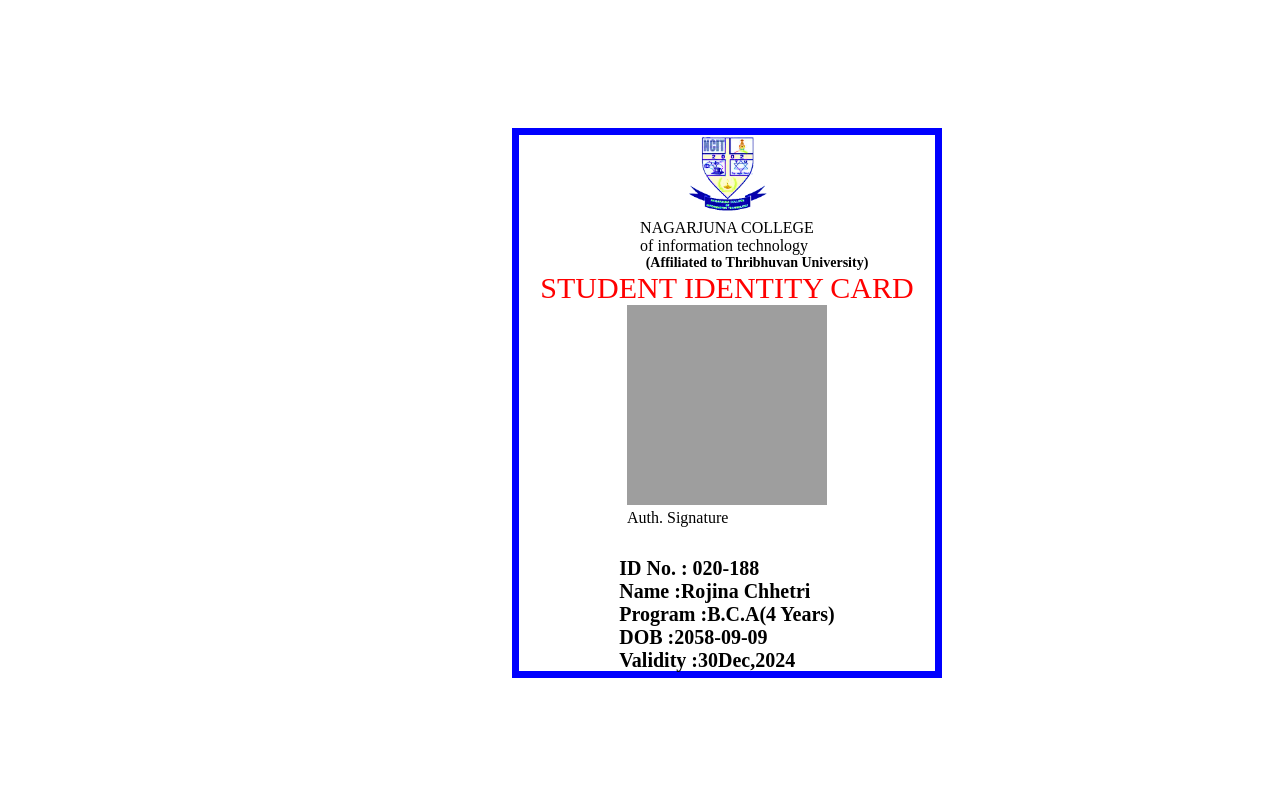
Repository: Rojinachhetri/roji
Page: rojina.html
These files come from the project's save history. The page is drawn as it stood at one moment and after the next save; the edit follows.
The browser window is 1280 px wide. The pictures show the whole page.
Pictures or frames that could not be fetched are drawn as grey boxes.

Above is the page before, as saved 2023-04-24 22:24:51.

After the next save:
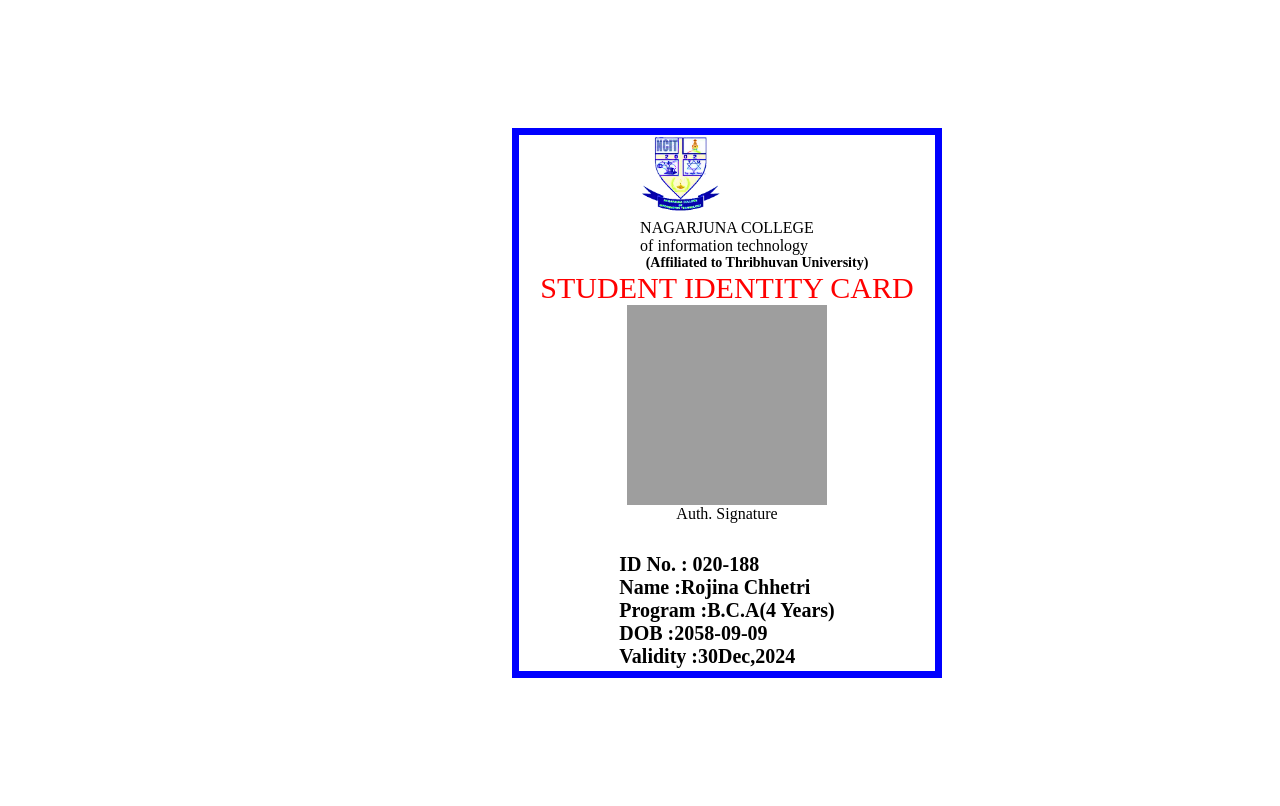
Saved 16 s later.
--- a/rojina.html
+++ b/rojina.html
@@ -11,18 +11,20 @@
 
 <body>
     <div class="container">
-        <div class="logo">
-            <img src="logo1.png" alt="logo" height="80px" width="80px">
+        <div class="hero">
+            <div class="logo">
+                <img src="logo1.png" alt="logo" height="80px" width="80px">
 
-        </div>
-        <div class="container_text">
-            <div class="name">NAGARJUNA COLLEGE</div>
-            <div class="class1">of information technology</div>
+            </div>
+            <div class="container_text">
+                <div class="name">NAGARJUNA COLLEGE</div>
+                <div class="class1">of information technology</div>
+            </div>
         </div>
         <div class="header">(Affiliated to Thribhuvan University)
         </div>
         <div class="student">STUDENT IDENTITY CARD</div>
-        <div class="hero">
+        <div class="hero1">
             <img src="./rojinaa.jpg" alt="picture" height="200px" width="200px">
             <div>Auth. Signature</div>
         </div>
